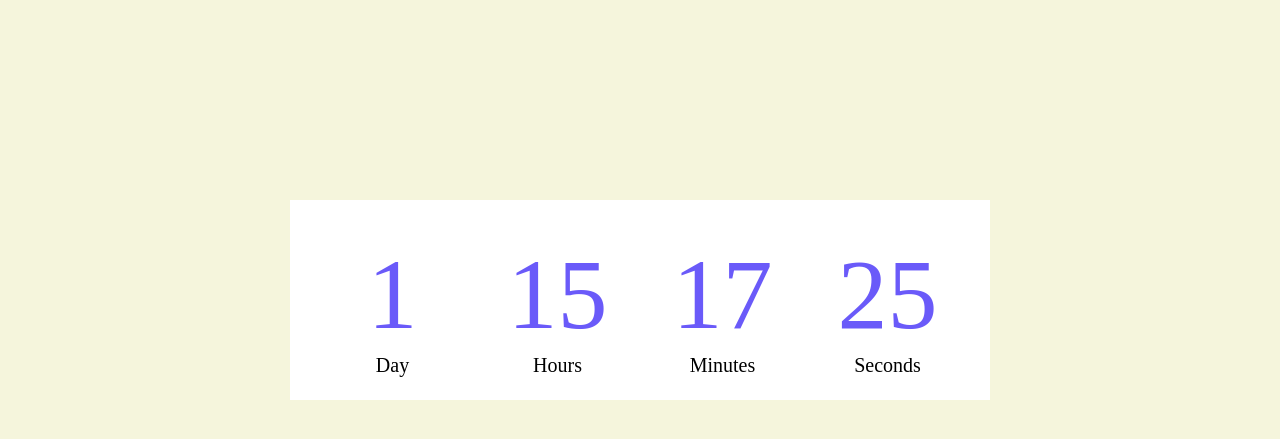
Repository: tienbkvn0605/counddown-demo
Page: index.html
The author's editor kept a copy of each file at every save. The page is drawn from the files as they stood at one save, then again after the next save.
The browser window is 1280 px wide. The pictures show the whole page.

Above is the page before, as saved 2022-10-05 00:00:03.

After the next save:
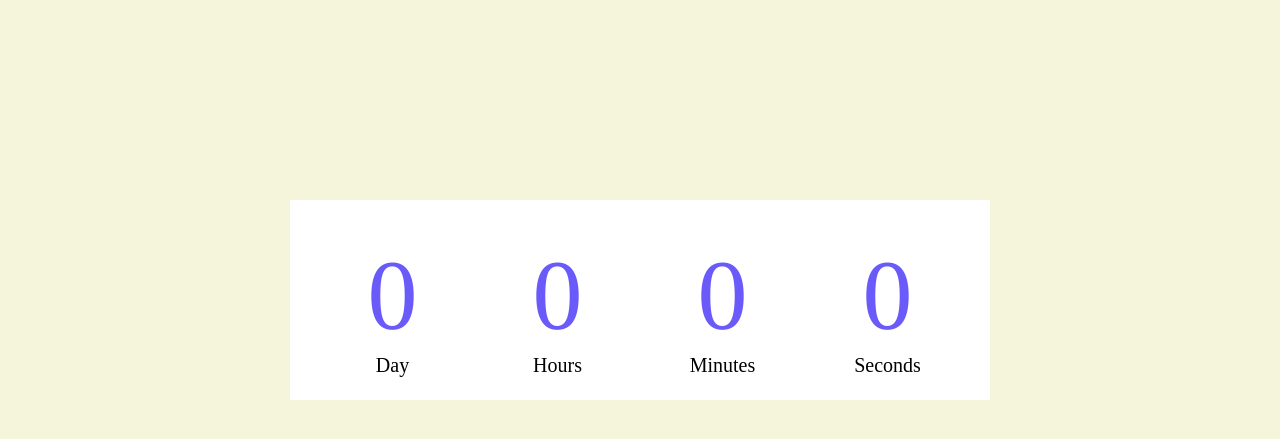
Saved 35 s later.
--- a/app.js
+++ b/app.js
@@ -31,6 +31,6 @@ window.addEventListener("load", function () {
     }
   }
   setInterval(function () {
-    countDown("Tue Oct 06 2022 23:33:35 GMT+0900 (Japan Standard Time)");
+    countDown("Wed Oct 05 2022 00:00:26 GMT+0900 (Japan Standard Time) {})");
   }, 1000);
 });
